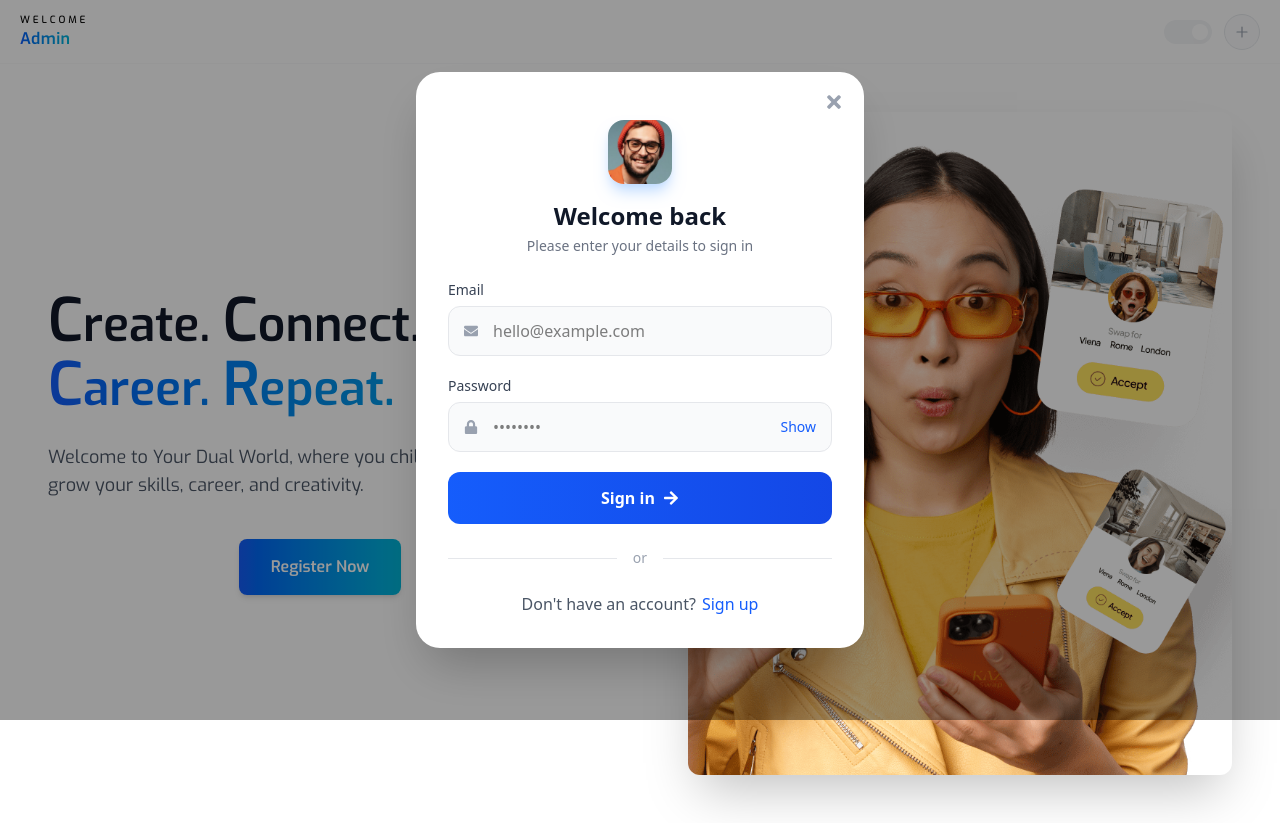
Repository: deepak445566/job
Page: / (app in frontend/), after clicking the first element matching `button.group`
The author's editor kept a copy of each file at every save. The page is drawn from the files as they stood at one save, then again after a run of saves.
The browser window is 1280 px wide. The pictures show the whole page.
The page's requests for data from a server got no answer. Some web fonts or font styles are not loaded; a fallback is used. The project was rebuilt for these pictures with package versions that can differ from the ones it lists, and the page was loaded fresh each time. Some packages were replaced by stand-ins written for this rebuild. No one was signed in, and anything a server would have sent is missing. Also part of the build but not shown: frontend/vite.config.js, frontend/src/Components/study/StudyDashboard.jsx, frontend/src/Components/chill/ChillDashboard.jsx.

Above is the page before, as saved 2026-02-26 14:33:54.

After the next 2 saves:
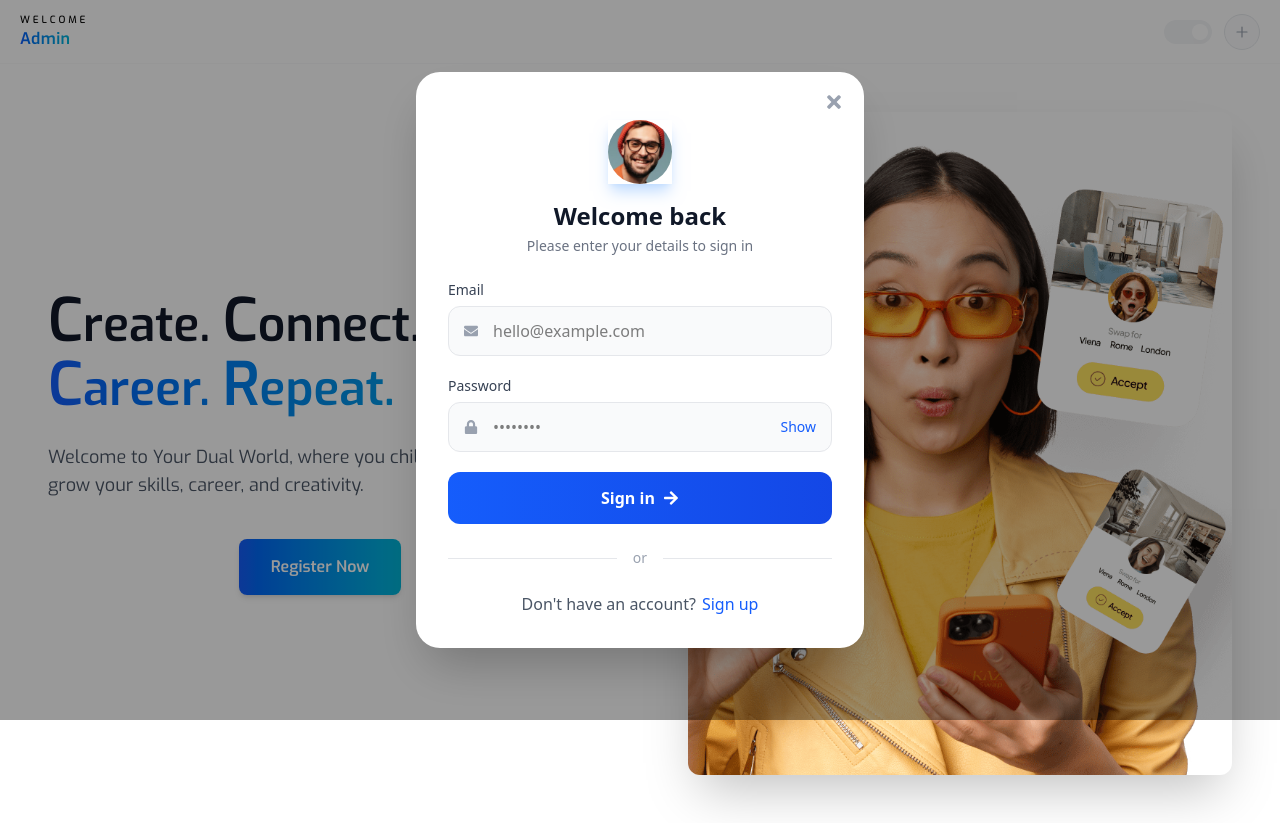
The 2 saves are shown as one change because they came seconds apart.
The last was saved 10 s later.
--- a/frontend/src/Components/auth/Login.jsx
+++ b/frontend/src/Components/auth/Login.jsx
@@ -71,8 +71,8 @@ function Login() {
 
         {/* Simple Header */}
         <div className="pt-12 pb-6 px-8 text-center">
-          <div className="w-16 h-16 rounded-2xl mx-auto mb-4 flex items-center justify-center shadow-lg shadow-blue-200">
-         <img src="/images/log.jpg" className="rounded-2xl"/>
+          <div className="w-16 h-16 mx-auto mb-4 flex items-center justify-center shadow-lg shadow-blue-200">
+         <img src="/images/log.jpg" className="rounded-full"/>
           </div>
           <h2 className="text-2xl font-semibold text-gray-900">
             {state === "login" ? "Welcome back" : "Create account"}
